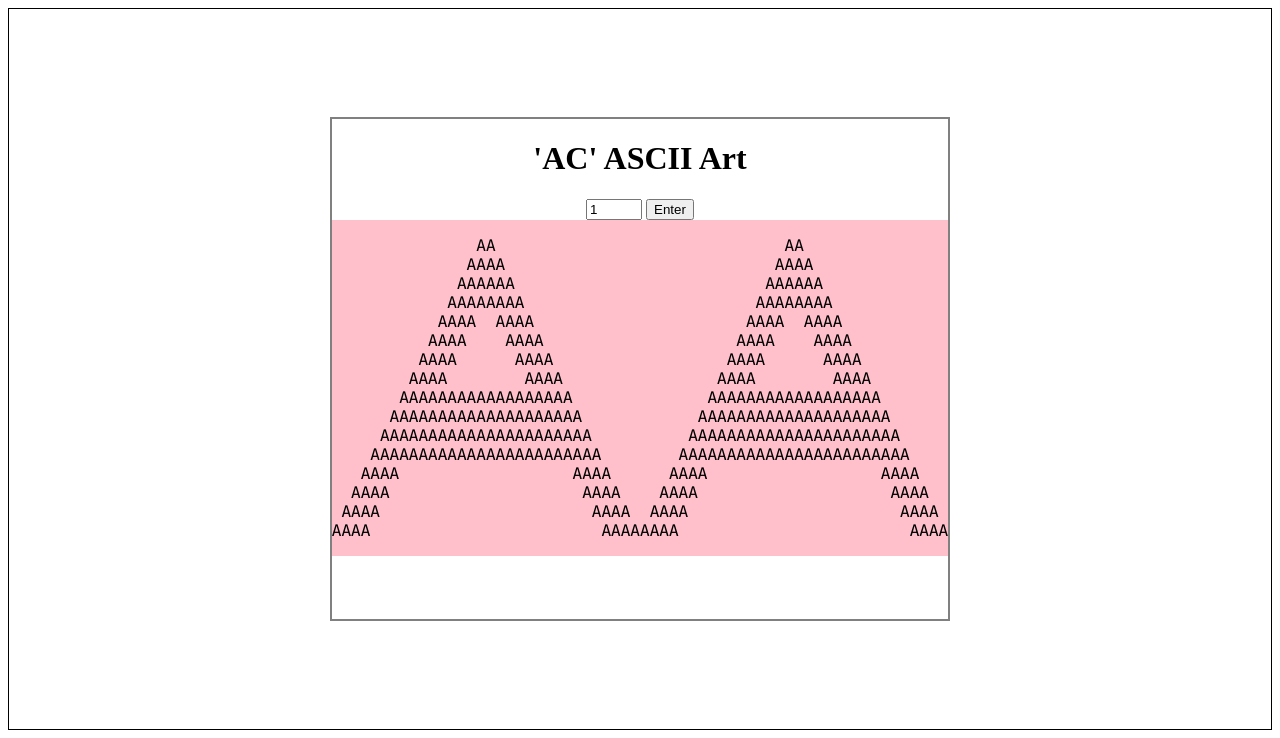
Repository: Achorn/ascii-art
Page: index.html
The author's editor kept a copy of each file at every save. The page is drawn from the files as they stood at one save, then again after the next save.
The browser window is 1280 px wide. The pictures show the whole page.

Above is the page before, as saved 2021-08-09 17:53:28.

### index.html
<!DOCTYPE html>
<html lang="en">
  <head>
    <link rel="stylesheet" href="styles.css" />
    <meta charset="UTF-8" />
    <meta http-equiv="X-UA-Compatible" content="IE=edge" />
    <meta name="viewport" content="width=device-width, initial-scale=1.0" />
    <title>Document</title>
  </head>
  <body>
    <form>
      <h1>'AC' ASCII Art</h1>
      <input type="number" min="1" value="1" max="10" />
      <button>Enter</button>
      <div id="ascii-container">
        <div id="a-container">
          <p id="mono-a" style="font-family: 'Lucida Console', monospace"></p>
        </div>
        <div id="c-container">
          <p id="mono-c" style="font-family: 'Lucida Console', monospace"></p>
        </div>
      </div>
    </form>
    <script type="text/javascript" src="myscripts.js"></script>
  </body>
</html>

### styles.css
body {
  border: 1px solid black;
  display: flex;
  flex-direction: column;
  justify-content: center;
  align-items: center;
  height: 100vh;
}

form {
  border: 2px solid grey;
  height: 500px;
  /* width: 400px; */
  text-align: center;
}

#ascii-container {
  display: flex;
}

#a-container {
  background-color: pink;
}
#c-container {
  background-color: pink;
}
#mono-a {
  /* font-size: 25.5vw; */

  white-space: pre;
}
#mono-c {
  white-space: pre;
}

### myscripts.js
let four = [
  [" ", " ", " ", "A"],
  [" ", " ", "A", " "],
  [" ", "A", "A", "A"],
  ["A", " ", " ", " "],
];

let eight = [
  [
    " ",
    " ",
    " ",
    " ",
    " ",
    " ",
    " ",
    "A",
    "A",
    " ",
    " ",
    " ",
    " ",
    " ",
    " ",
    " ",
  ],
  [
    " ",
    " ",
    " ",
    " ",
    " ",
    " ",
    "A",
    "A",
    "A",
    "A",
    " ",
    " ",
    " ",
    " ",
    " ",
    " ",
  ],
  [
    " ",
    " ",
    " ",
    " ",
    " ",
    "A",
    "A",
    " ",
    " ",
    "A",
    "A",
    " ",
    " ",
    " ",
    " ",
    " ",
  ],
  [
    " ",
    " ",
    " ",
    " ",
    "A",
    "A",
    "A",
    "A",
    "A",
    "A",
    "A",
    "A",
    " ",
    " ",
    " ",
    " ",
  ],
  [
    " ",
    " ",
    " ",
    "A",
    "A",
    "A",
    "A",
    "A",
    "A",
    "A",
    "A",
    "A",
    "A",
    " ",
    " ",
    " ",
  ],
  [
    " ",
    " ",
    "A",
    "A",
    " ",
    " ",
    " ",
    " ",
    " ",
    " ",
    " ",
    " ",
    "A",
    "A",
    " ",
    " ",
  ],
  [
    " ",
    "A",
    "A",
    " ",
    " ",
    " ",
    " ",
    " ",
    " ",
    " ",
    " ",
    " ",
    " ",
    "A",
    "A",
    " ",
  ],
  [
    "A",
    "A",
    " ",
    " ",
    " ",
    " ",
    " ",
    " ",
    " ",
    " ",
    " ",
    " ",
    " ",
    " ",
    "A",
    "A",
  ],
];

function scaleSpread(array, factor) {
  const scaled = [];

  for (const row of array) {
    let x = [];

    for (const item of row) x.push(...Array(factor).fill(item));

    scaled.push(...Array(factor).fill(x));
  }

  return scaled;
}
let sixteen = scaleSpread(eight, 2);

function arrToString(arr) {
  let string = "";
  for (let i = 0; i < arr.length; i++) {
    string += arr[i].join("") + "<br>";
  }
  return string;
}

function halfArrToString(arr) {
  let string = "";
  for (let i = 0; i < arr.length; i++) {
    string += arr[i].join("");
    let rev = arr[i].slice();
    string += rev.reverse().join("");
    string += "<br>";
  }
  return string;
}
function trimA(arr, lWidth) {
  for (i = 0; i < arr.length; i++) {
    let disp = lWidth - (i % lWidth) - 1;
    let newArr = arr[i].slice();
    for (let j = 0; j < disp; j++) {
      newArr.pop();
      newArr.unshift(" ");
    }
    arr[i] = newArr;
  }
}

let monoA = document.getElementById("mono-a");
let monoC = document.getElementById("mono-c");
let scale = 4;
let scaled = scaleSpread(four, scale);
trimA(scaled, scale);

// mono.innerHTML = halfArrToString(scaleSpread(four, 7));
monoA.style.fontSize = `${4 / scale}em`;
monoC.style.fontSize = `${4 / scale}em`;
monoA.innerHTML = halfArrToString(scaled);
monoC.innerHTML = halfArrToString(scaled);
// mono.innerHTML += arrToString(scaleSpread(eight, 1));

After the next save:
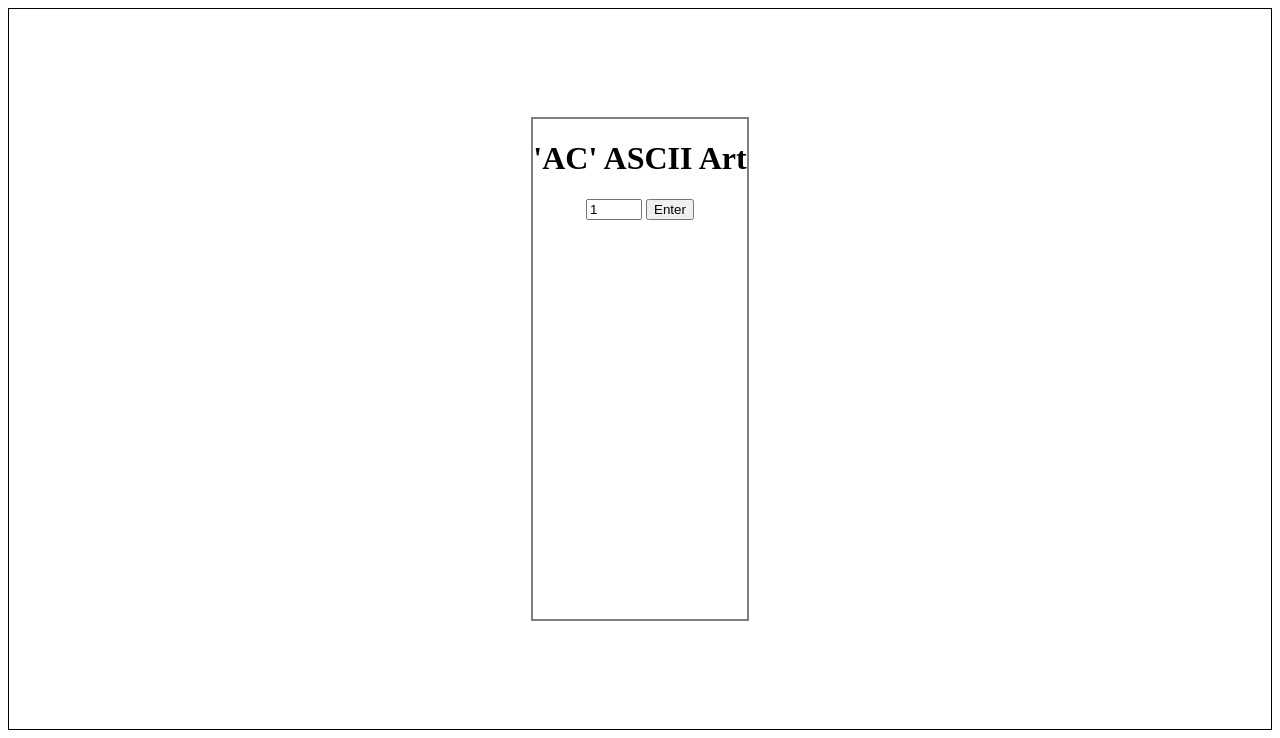
Console error (its wording comes from the project's code and is left out).
Saved 51 s later.
--- a/myscripts.js
+++ b/myscripts.js
@@ -204,7 +204,7 @@ let scaled = scaleSpread(four, scale);
 trimA(scaled, scale);
 
 // mono.innerHTML = halfArrToString(scaleSpread(four, 7));
-monoA.style.fontSize = `${4 / scale}em`;
+monoA.style.fontSize = `${(4 / scale)2}em`;
 monoC.style.fontSize = `${4 / scale}em`;
 monoA.innerHTML = halfArrToString(scaled);
 monoC.innerHTML = halfArrToString(scaled);

After the save that followed:
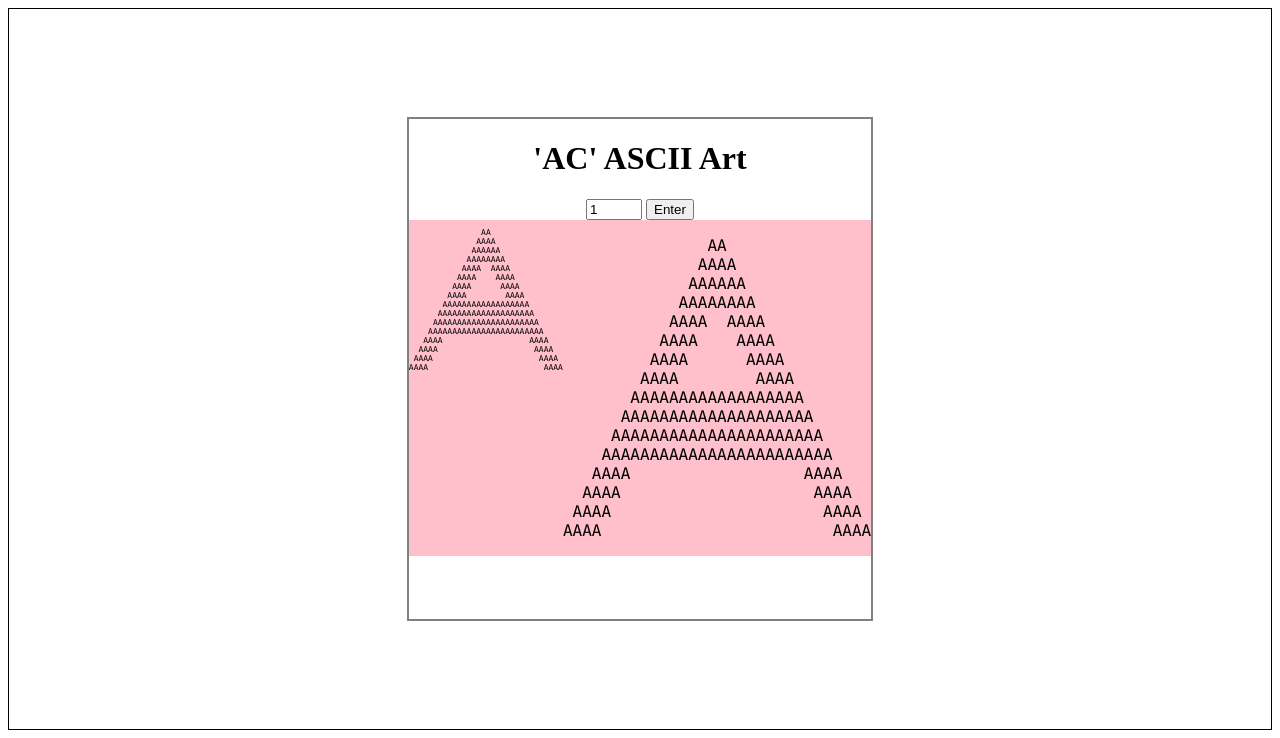
The error is gone.
Saved 6 s later.
--- a/myscripts.js
+++ b/myscripts.js
@@ -204,7 +204,7 @@ let scaled = scaleSpread(four, scale);
 trimA(scaled, scale);
 
 // mono.innerHTML = halfArrToString(scaleSpread(four, 7));
-monoA.style.fontSize = `${(4 / scale)2}em`;
+monoA.style.fontSize = `${4 / scale / 2}em`;
 monoC.style.fontSize = `${4 / scale}em`;
 monoA.innerHTML = halfArrToString(scaled);
 monoC.innerHTML = halfArrToString(scaled);
